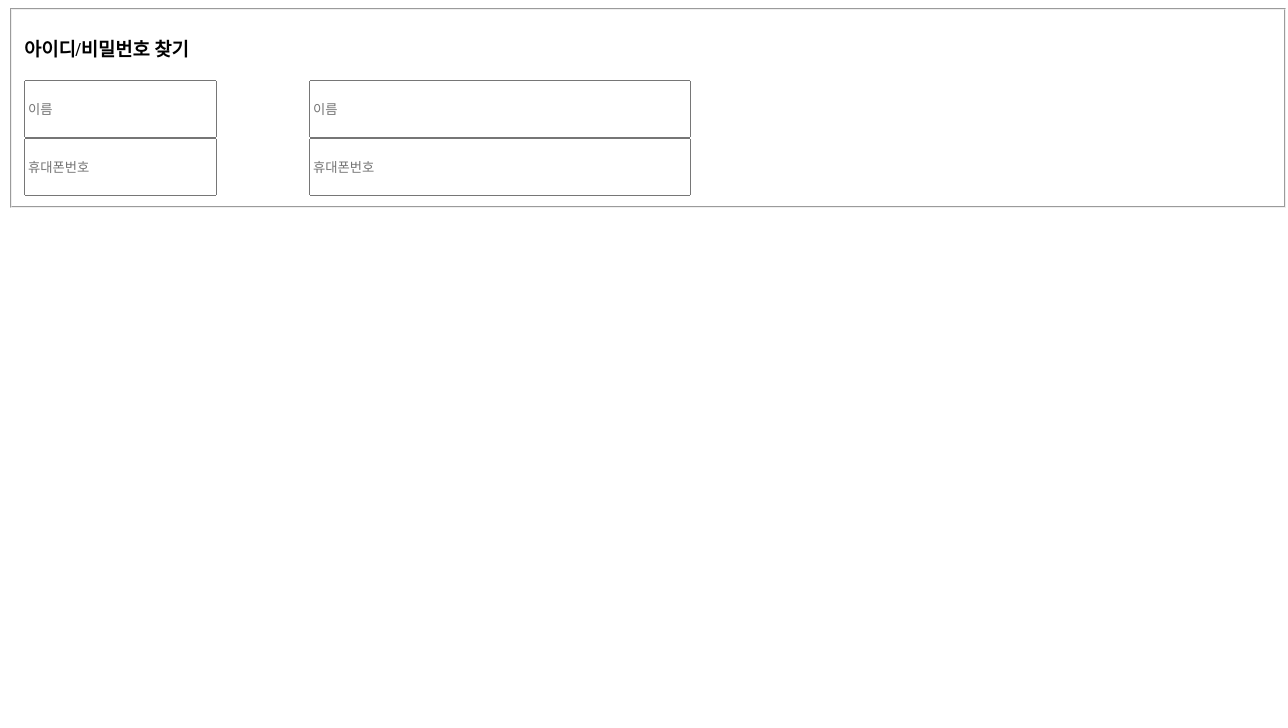
Repository: agheha/trillion
Page: YH/study_project/html/find.html
An editor plug-in stored every save of this project. The page is shown before and after the next save, followed by the edit.
The browser window is 1280 px wide. The page is 1288 px wide, so the pictures cover 1288 px, including what lies to the right of the window. The pictures show the whole page.

Above is the page before, as saved 2019-09-04 19:23:22.

After the next save:
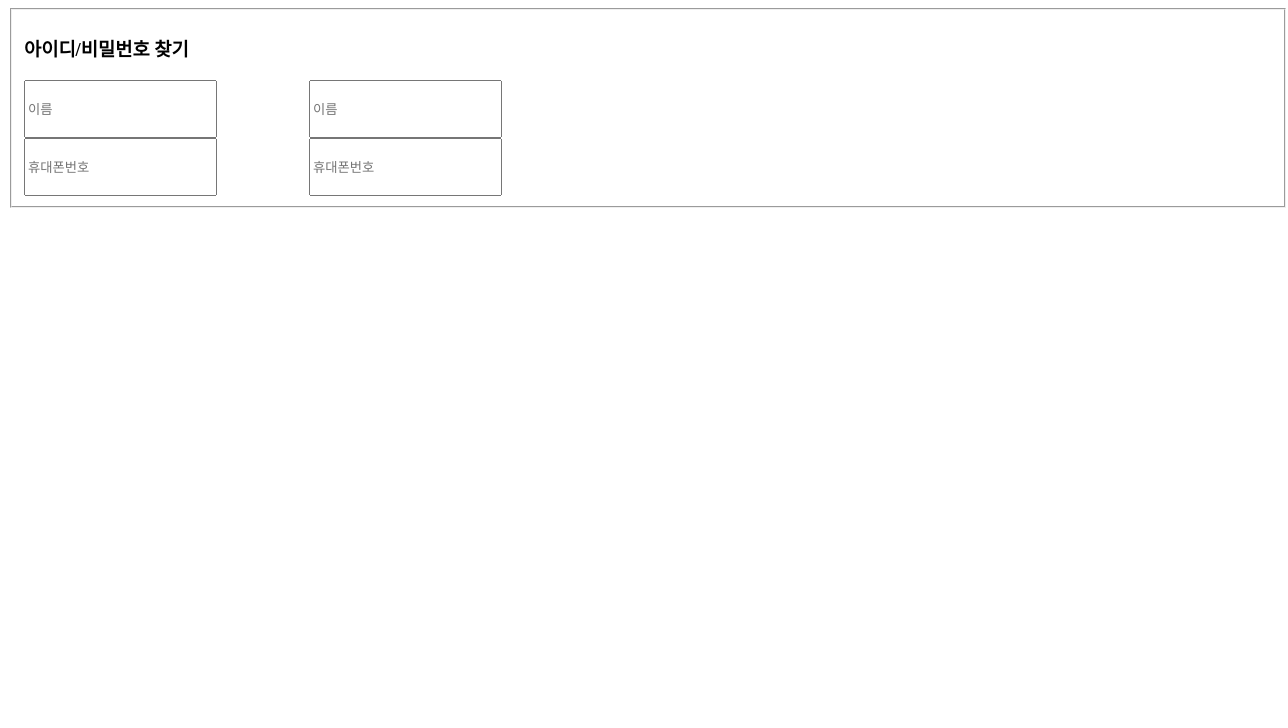
Saved 13 s later.
--- a/YH/study_project/html/find.html
+++ b/YH/study_project/html/find.html
@@ -22,8 +22,12 @@
 
                         </div>
                         <div class="inputbox">
-                            <input class="form_find"type="text" id="name" placeholder="이름">
-                            <input class="form_find"type="text" id="pass" placeholder="휴대폰번호">
+                                <div>
+                                        <input class="form_find"type="text" id="name" placeholder="이름">
+                                    </div>
+                                    <div>
+                                        <input class="form_find"type="text" id="pass" placeholder="휴대폰번호">
+                                    </div>
                         </div>
                     </div>
                     <!-- <span>
